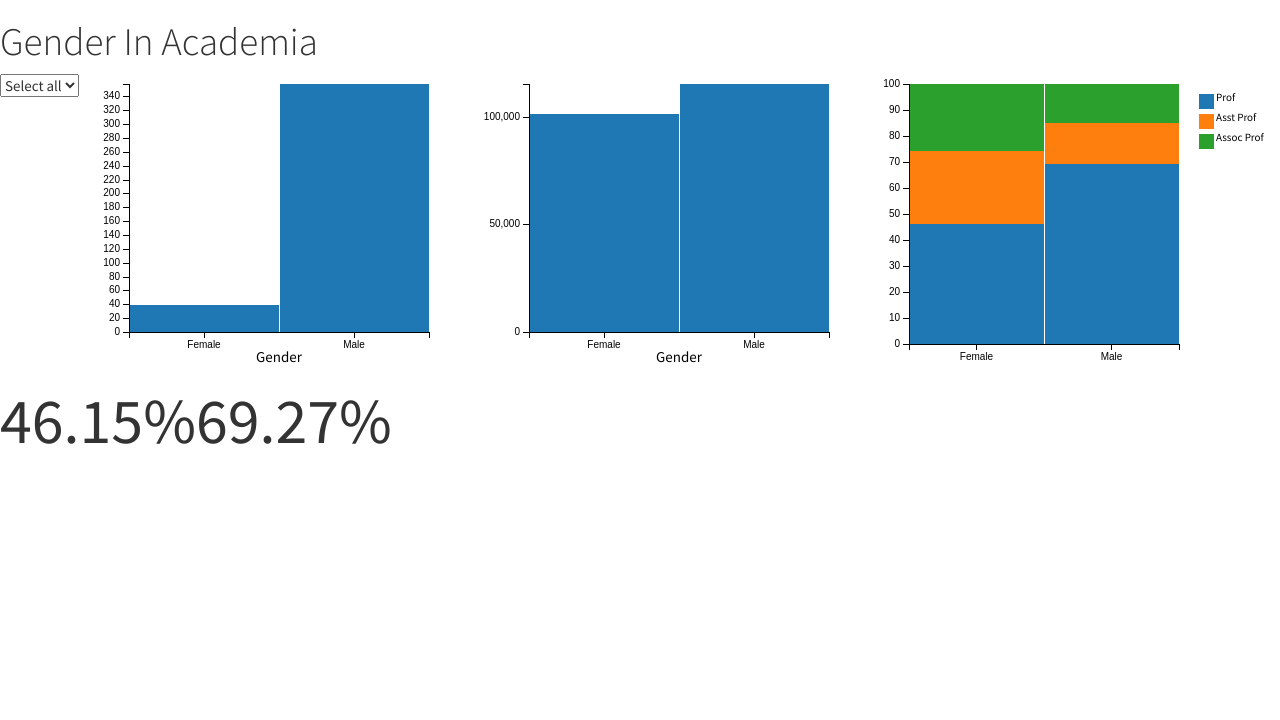
Repository: adonegan/dashboard
Page: index.html
The author's editor kept a record of every edit. The page is drawn from the files as they stood at one moment, then again after the next edit.
The browser window is 1280 px wide. The pictures show the whole page.

Above is the page before.
Console error: TypeError: Cannot read properties of null (reading 'textContent')

### index.html
<!DOCTYPE html>
<html lang="en">
<head>
    <meta charset="UTF-8">
    <meta name="viewport" content="width=device-width, initial-scale=1.0">
    <meta http-equiv="X-UA-Compatible" content="ie=edge">
    <title>Gender In Academia</title>

    <link rel="stylesheet" href="static/css/bootstrap.min.css" type="text/css" />
    <link rel="stylesheet" href="static/css/dc.min.css" type="text/css" />
    <link rel="stylesheet" href="static/css/style.css" type="text/css" />

    <script type="text/javascript" src="static/js/d3.min.js"></script>
    <script type="text/javascript" src="static/js/crossfilter.min.js"></script>
    <script type="text/javascript" src="static/js/dc.min.js"></script>
    <script type="text/javascript" src="static/js/queue.min.js"></script>
    <script type="text/javascript" src="static/js/graph.js"></script>
</head>
<body>

    <h1>Gender In Academia</h1>

    <div id="discipline-selector"></div>

    <div id="gender-balance"></div>

    <div id="average-salary"></div>

    <div id="rank-distribution"></div>

    <div class="number-box" id="percent-of-women-professors"></div>
    <div class="number-box" id="percent-of-men-professors"></div>

</body>
</html>

### static/css/style.css
.number-box {
    font-size: 64px;
    text-align: center;
    line-height: normal;
}

### static/js/graph.js
queue()
    .defer(d3.csv, "data/Salaries.csv")
    .await(makeGraphs);

function makeGraphs(error, salaryData) {
    var ndx = crossfilter(salaryData);

    salaryData.forEach(function(d){
        d.salary = parseInt(d.salary);
        d.yrs_service = parseInt(d["yrs.service"])
    })

    show_discipline_selector(ndx);

    show_percent_that_are_professors(ndx, "Female", "#percent-of-women-professors");
    show_percent_that_are_professors(ndx, "Male", "#percent-of-men-professors");

    show_gender_balance(ndx);
    show_average_salary(ndx);
    show_rank_distribution(ndx);

    show_service_to_salary_correlation(ndx);

    dc.renderAll();
}


function show_discipline_selector(ndx) {
    var dim = ndx.dimension(dc.pluck('discipline'));
    var group = dim.group();

    dc.selectMenu("#discipline-selector")
        .dimension(dim)
        .group(group);
}


function show_percent_that_are_professors(ndx, gender, element) {
    var percentageThatAreProf = ndx.groupAll().reduce(
        function(p, v) {
          if (v.sex === gender) {
              p.count++;
              if (v.rank === "Prof") {
                  p.are_prof++;
               }
           }
           return p;
        },
        function(p, v) {
            if(v.sex === gender) {
                p.count--;
                if(v.rank === "Prof") {
                   p.are_prof--;
               }
           }
           return p;
        },
        function() {
            return {count: 0, are_prof: 0};
        },
    );

    dc.numberDisplay(element)
        .formatNumber(d3.format(".2%"))
        .valueAccessor(function (d) {
            if (d.count == 0) {
                return 0;
            } else {
                return (d.are_prof / d.count);
            }
        })
        .group(percentageThatAreProf)
}


function show_gender_balance(ndx) {
    var dim = ndx.dimension(dc.pluck('sex'));
    var group = dim.group();

    dc.barChart("#gender-balance")
        .width(400)
        .height(300)
        .margins({top: 10, right: 50, bottom: 30, left: 50})
        .dimension(dim)
        .group(group)
        .transitionDuration(500)
        .x(d3.scale.ordinal())
        .xUnits(dc.units.ordinal)
        .xAxisLabel("Gender")
        .yAxis().ticks(20);
}


function show_average_salary(ndx) {
    var dim = ndx.dimension(dc.pluck('sex'));

    function add_item(p, v) {
        p.count++;
        p.total += v.salary;
        p.average = p.total / p.count;
        return p;
    }

    function remove_item(p, v) {
        p.count--;
        if(p.count == 0) {
            p.total = 0;
            p.average = 0;
        } else {
            p.total -= v.salary;
            p.average = p.total / p.count;
        }
        return p;
    }

    function initialise() {
        return {count: 0, total: 0, average: 0};
    }

    var averageSalaryByGender = dim.group().reduce(add_item, remove_item, initialise);

    dc.barChart("#average-salary")

        .width(400)
        .height(300)
        .margins({top: 10, right: 50, bottom: 30, left: 50})
        .dimension(dim)
        .group(averageSalaryByGender)
        .valueAccessor(function(d){
            return d.value.average.toFixed(2);
        })
        .transitionDuration(500)
        .x(d3.scale.ordinal())
        .xUnits(dc.units.ordinal)
        .elasticY(true)
        .xAxisLabel("Gender")
        .yAxis().ticks(4);
}

function show_rank_distribution(ndx) {

    function rankByGender(dimension, rank) {
        return dimension.group().reduce(
            function (p, v) {
                p.total++;
                if(v.rank == rank) {
                    p.match++;
                }
                return p;
            },
            function (p, v) {
                p.total--;
                if(v.rank == rank) {
                    p.match--;
                }
                return p;
            },
            function () {
                return {total: 0, match: 0};
            }
        );
    }

    var dim = ndx.dimension(dc.pluck("sex"));
    var profByGender = rankByGender(dim, "Prof");
    var asstProfByGender = rankByGender(dim, "AsstProf");
    var assocProfByGender = rankByGender(dim, "AssocProf");

    dc.barChart("#rank-distribution")
        .width(400)
        .height(300)
        .dimension(dim)
        .group(profByGender, "Prof")
        .stack(asstProfByGender, "Asst Prof")
        .stack(assocProfByGender, "Assoc Prof")
        .valueAccessor(function(d) {
            if(d.value.total > 0) {
                return (d.value.match / d.value.total) * 100;
            } else {
                return 0;
            }
        })
        .x(d3.scale.ordinal())
        .xUnits(dc.units.ordinal)
        .legend(dc.legend().x(320).y(20).itemHeight(15).gap(5))
        .margins({top: 10, right: 100, bottom: 30, left: 30});
}


function show_service_to_salary_correlation(ndx) {
    var eDim = ndx.dimension(dc.pluck("yrs_service"));
    var experienceDim = ndx.dimension(function(d) {
        return [d.yrs_service, d.salary];
    });
    var experienceSalaryGroup = experienceDim.group();

    var minExperience = eDim.bottom(1)[0].yrs_service;
    var maxExperience = eDim.top(1)[0].yrs_service;

    dc.scatterPlot("#service-salary")
        .width(800)
        .height(400)
        .x(d3.scale.linear().domain([minExperience, maxExperience]))
        .brushOn(false)
        .symbolSize(8)
        .clipPadding(10)
        .xAxisLabel("Years Of Service")
        .title(function(d){
            return "Earned " + d.key[1];
        })
        .dimension(experienceDim)
        .group(experienceSalaryGroup)
        .margins({top: 10, right: 50, bottom: 75, left: 75});
}

Loaded but not shown: static/css/bootstrap.min.css (library); static/css/dc.min.css (library); static/js/d3.min.js (library); static/js/crossfilter.min.js (library); static/js/dc.min.js (library); static/js/queue.min.js (common file)

After the next edit:
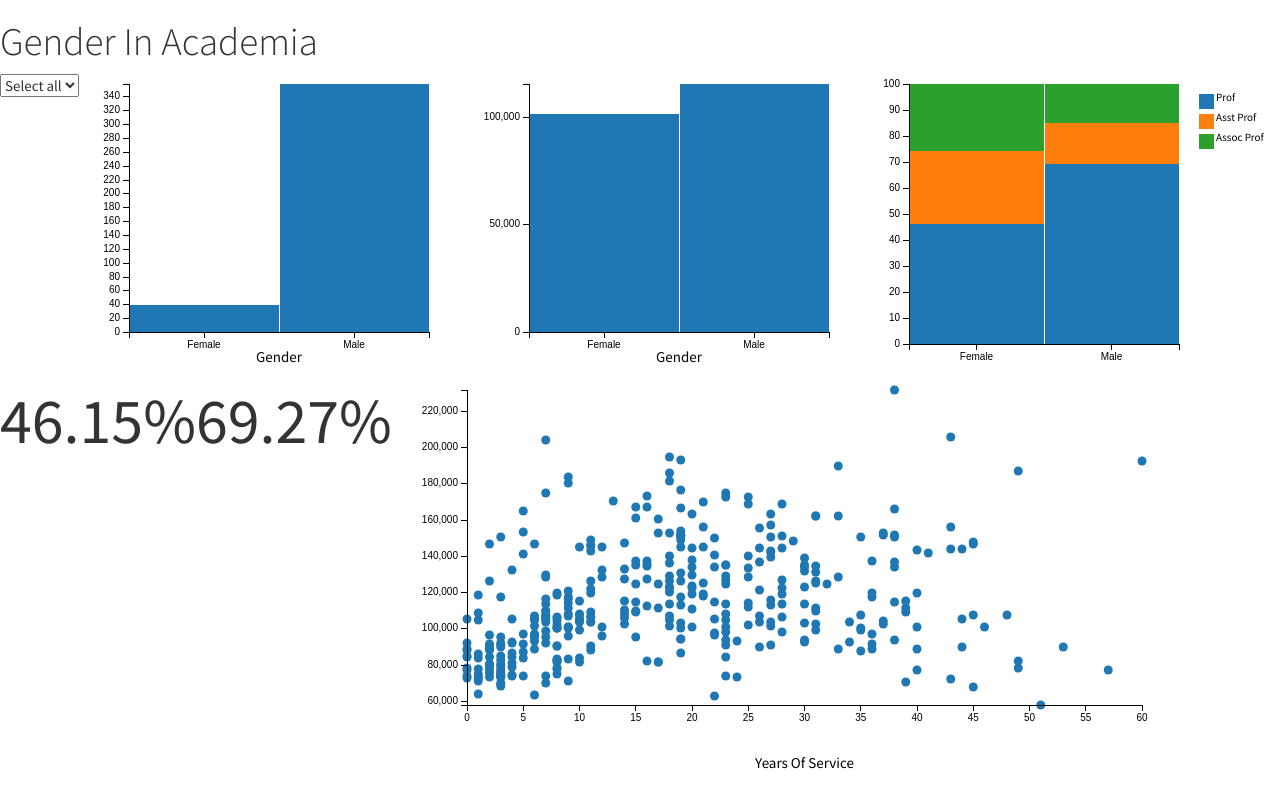
The error is gone.
The edit:
--- a/index.html
+++ b/index.html
@@ -31,5 +31,7 @@
     <div class="number-box" id="percent-of-women-professors"></div>
     <div class="number-box" id="percent-of-men-professors"></div>
 
+    <div id="service-salary"></div>
+
 </body>
 </html>
